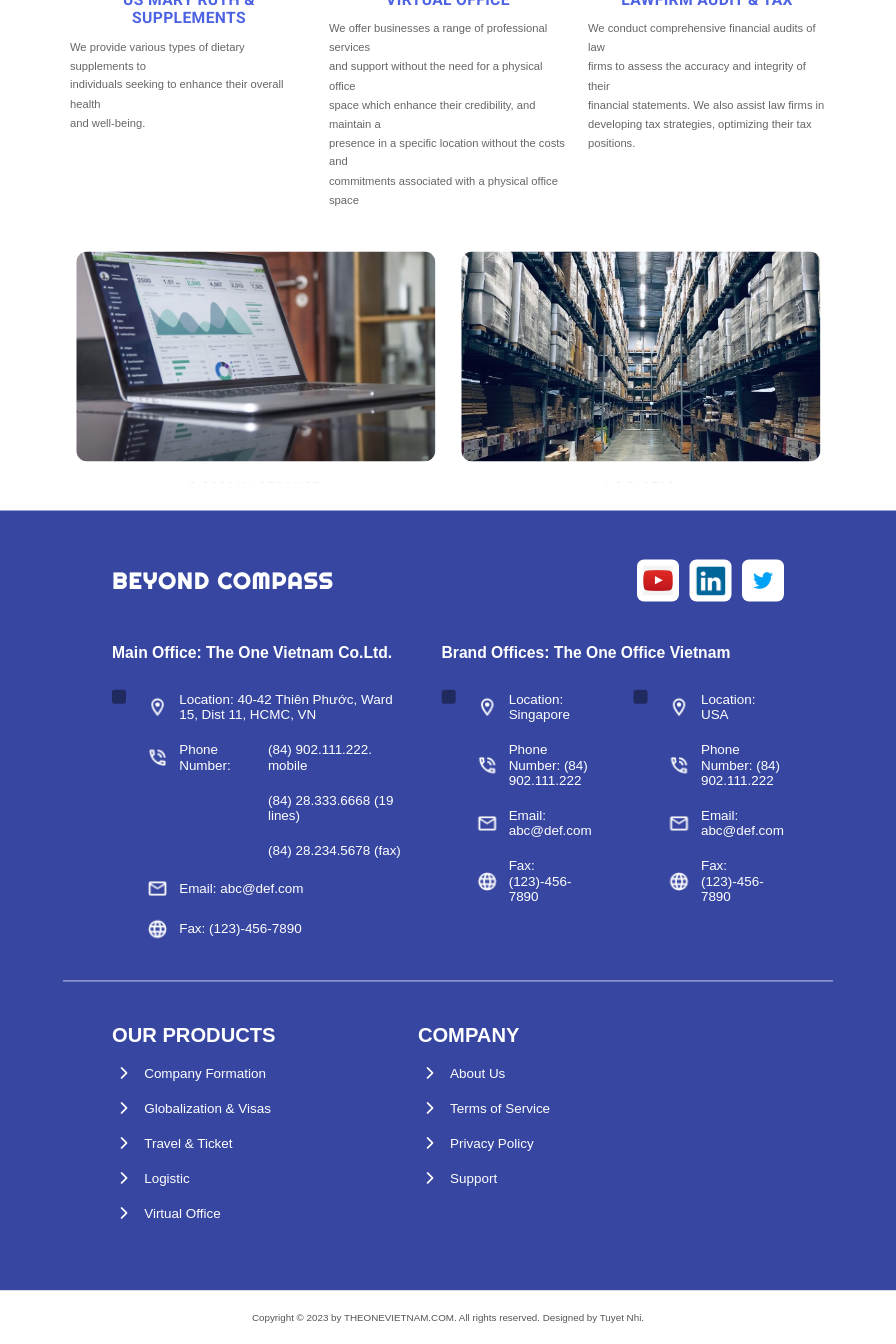
Repository: trunghau06/baitapRn
Page: pages/product.html
The author's editor kept a copy of each file at every save. The page is drawn from the files as they stood at one save, then again after a run of saves.
The browser window is 1280 px wide. The pictures show the part of the page from y = 1596 to 3516 px (the page is 3516 px tall before and 3472 px after), at 70% of full size.

Above is the page before, as saved 2025-10-09 22:34:34.

### pages/product.html
<!DOCTYPE html>
<html lang="en">
<head>
    <meta charset="UTF-8">
    <meta name="viewport" content="width=device-width, initial-scale=1.0">
    <title>Our products</title>
    <link rel="stylesheet" href="../style/product.css?v=1">
    <link rel="stylesheet" href="https://cdnjs.cloudflare.com/ajax/libs/font-awesome/6.5.1/css/all.min.css">
    <link href="https://fonts.googleapis.com/css2?family=Roboto:wght@400;700&display=swap" rel="stylesheet">
</head>
<body>
    <!-- Thanh Header -->
    <header>
        <div class="header-Page">
            <!-- Logo -->
            <div class="logo">BEYOND COMPASS</div>

            <!-- Navigation Menu -->
            <nav>
                <ul>
                    <li><a href="../index.html"                 >HOME        </a></li>
                    <li><a href="about.html"                 >ABOUT US    </a></li>
                    <li><a href="product.html" class="active">OUR PRODUCTS</a></li>
                    <li><a href="news.html"                  >NEWS        </a></li>
                    <li><a href="team.html"                  >OUR TEAM    </a></li>
                    <li><a href="contact.html"               >CONTACT     </a></li>
                    <li><a href="blogs.html"                 >BLOGS       </a></li>
                </ul>
            </nav>
        </div>
    </header>

    <div class="header-banner"></div>

    <!-- Gioi Thieu -->
    <div class="introduce-Page">
        <svg class="hexagon-small-double" viewBox="0 0 100 115" xmlns="http://www.w3.org/2000/svg">
            <polygon points="50 10, 85 30, 85 70, 50 90, 15 70, 15 30"
                    fill="#C8CFF6"
                    stroke="none"/>
            <polygon points="50 -2, 97 20, 97 80, 50 102, 3 80, 3 20"
                    fill="none"
                    stroke="#C8CFF6"
                    stroke-width="10"/>
        </svg>

        <div class="hexagon hexagon-large"></div>

         <svg class="hexagon-outline" viewBox="0 0 100 115" xmlns="http://www.w3.org/2000/svg">
            <polygon points="50 0, 93 25, 93 75, 50 100, 7 75, 7 25"
                    fill="none"
                    stroke="#C8CFF6"
                    stroke-width="2"
                    stroke-dasharray="5, 5"/>
        </svg>

        <svg class="pentagon-outline" viewBox="0 0 100 100" xmlns="http://www.w3.org/2000/svg">
            <defs>
                <linearGradient id="strokeHalfColor" x1="0%" y1="0%" x2="100%" y2="0%">
                    <stop offset="50%" style="stop-color:#FFFFFF;stop-opacity:1" />
                    <stop offset="50%" style="stop-color:#C8CFF6;stop-opacity:1" />
                </linearGradient>
            </defs>
            <polygon points="50 5, 95 40, 80 90, 20 90, 5 40"
                    fill="none"
                    stroke="url(#strokeHalfColor)"
                    stroke-width="3"
                    transform="rotate(30 50 50)"/>
        </svg>

        <svg class="pentagon-filled" viewBox="0 0 100 100" xmlns="http://www.w3.org/2000/svg">
            <polygon points="50 5, 95 40, 80 90, 20 90, 5 40"
                    fill="#C8CFF6"
                    stroke="#C8CFF6"
                    stroke-width="3"/>
        </svg>

        <h1>Our products</h1>

        <h3>Unleash the Power of Innovation!</h3>

        <p>We are proud to offer a diverse range of cutting-edge products designed to revolutionize your world.</p>
    </div>

    <div class="box-section">
        <!-- box 1 -->
        <div class="box">
            <img src="../Images/image_box_1.jpg" alt="">

            <div class="content-box">
                <h3>COMPANY FORMATION</h3>

                <p>
                    We aim to simplify and streamline the complex legal<br>
                    and administrative procedures involved in company<br>
                    formation, helping clients navigate the requirements<br>
                    and ensure compliance with relevant regulations.</p>
            </div>
        </div>

        <!-- box 2 -->
        <div class="box">
            <img src="../Images/image_box_2.jpg" alt="">

            <div class="content-box">
                <h3>GLOBAL IMMIGRATION & VISAS</h3>

                <p>
                    We assist people who want to travel, work, study, or<br>
                    live in another country by offering comprehensive<br>
                    assistance throughout the immigration and visa<br>
                    application process.</p>
            </div>
        </div>

        <!-- box 3 -->
        <div class="box">
            <img src="../Images/image_box_3.jpg" alt="">

            <div class="content-box">
                <h3>TRAVEL AND TICKETS</h3>

                <p>
                    We provide personalized consultations to assess<br>
                    clients' immigration goals, evaluate eligibility for <br>
                    various immigration programs, and develop a<br>
                    strategic immigration plan.</p>
            </div>
        </div>

        <!-- box 4 -->
        <div class="box">
            <img src="../Images/image_box_4.jpg" alt="">

            <div class="content-box">
                <h3>US MARY RUTH & SUPPLEMENTS</h3>

                <p>
                    We provide various types of dietary supplements to<br>
                    individuals seeking to enhance their overall health<br>
                    and well-being.
            </div>
        </div>

        <!-- box 5 -->
        <div class="box">
            <img src="../Images/image_box_5.jpg" alt="">

            <div class="content-box">
                <h3>VIRTUAL OFFICE</h3>

                <p>
                    We offer businesses a range of professional services<br>
                    and support without the need for a physical office<br>
                    space which enhance their credibility, and maintain a<br>
                    presence in a specific location without the costs and<br>
                    commitments associated with a physical office<br>
                    space
                </p>
            </div>
        </div>

        <!-- box 6 -->
        <div class="box">
            <img src="../Images/image_box_6.jpg" alt="">

            <div class="content-box">
                <h3>LAWFIRM AUDIT & TAX</h3>

                <p>
                    We conduct comprehensive financial audits of law <br>
                    firms to assess the accuracy and integrity of their<br>
                    financial statements. We also assist law firms in <br>
                    developing tax strategies, optimizing their tax<br>
                    positions.
                </p>
            </div>
        </div>

        <!-- box 7 -->
        <div class="box">
            <img src="../Images/image_box_7.jpg" alt="">

            <div class="content-box">
                <h3>DOMAIN SERVICE</h3>

                <p>
                    We help users search for and register available domain names based on their<br>
                    preferences and the availability of the desired domain extension.
                </p>
            </div>
        </div>

        <!-- box 8 -->
        <div class="box">
            <img src="../Images/image_box_8.jpg" alt="">

            <div class="content-box">
                <h3>LOGISTIC</h3>

                <p>
                    We offer the management and coordination of various activities related to the <br>
                    movement, storage, and handling of goods and resources throughout the supply <br>
                    chain.
                </p>
            </div>
        </div>
    </div>

    <!-- Footer -->
    <div class="footer">
        <!-- Header -->
        <div class="header-Footer">
            <h2>BEYOND COMPASS</h2>
            <div class="social-icons">
                <button><img src="../Images/youtube.png" alt="YouTube"></button>
                <button><img src="../Images/logo_linkedin.png" alt="LinkedIn"></button>
                <button><img src="../Images/image.png" alt="Twitter"></button>
            </div>
        </div>

        <!-- Offices -->
        <div class="offices">
            <!-- Main Office -->
            <div class="office">
                <h3>Main Office: The One Vietnam Co.Ltd.</h3>
                <div class="office-info">
                    <span class="square"></span>

                    <div class="content-info">
                        <p><img src="../Images/ic_map.png" alt="">Location: 40-42 Thiên Phước, Ward 15, Dist 11, HCMC, VN</p>

                        <div class="phone-group">
                            <p><img src="../Images/ic_phone.png" alt="">Phone Number: </p>

                            <div class="phone">
                                <p>(84) 902.111.222. mobile</p>
                                <p>(84) 28.333.6668 (19 lines)</p>
                                <p>(84) 28.234.5678 (fax)</p>
                            </div>
                        </div>

                        <p><img src="../Images/ic_email.png" alt="">Email: abc@def.com</p>
                        <p><img src="../Images/ic_global.png" alt="">Fax: (123)-456-7890</p>
                    </div>
                </div>
            </div>

            <!-- Brand Offices -->
            <div class="office">
                <h3>Brand Offices: The One Office Vietnam</h3>
                <div class="brand-offices">
                    <div class="office-info">
                        <span class="square"></span>

                        <div class="content-info">
                            <p><img src="../Images/ic_map.png" alt="Location">Location: Singapore</p>
                            <p><img src="../Images/ic_phone.png" alt="Phone">Phone Number: (84) 902.111.222</p>
                            <p><img src="../Images/ic_email.png" alt="Email">Email: abc@def.com</p>
                            <p><img src="../Images/ic_global.png" alt="Fax">Fax: (123)-456-7890</p>
                        </div>
                    </div>

                    <div class="office-info">
                        <span class="square"></span>

                        <div class="content-info">
                            <p><img src="../Images/ic_map.png" alt="">Location: USA</p>
                            <p></span><img src="../Images/ic_phone.png" alt="">Phone Number: (84) 902.111.222</p>
                            <p></span><img src="../Images/ic_email.png" alt="">Email: abc@def.com</p>
                            <p></span><img src="../Images/ic_global.png" alt="">Fax: (123)-456-7890</p>
                        </div>
                    </div>
                </div>
            </div>
        </div>

        <div class="line"></div>

        <div class="footer-links">
            <div class="link-column">
            <h4>OUR PRODUCTS</h4>
            <ul>
                <li><i class="fas fa-chevron-right"></i> Company Formation</li>
                <li><i class="fas fa-chevron-right"></i> Globalization & Visas</li>
                <li><i class="fas fa-chevron-right"></i> Travel & Ticket</li>
                <li><i class="fas fa-chevron-right"></i> Logistic</li>
                <li><i class="fas fa-chevron-right"></i> Virtual Office</li>
            </ul>
            </div>

            <div class="link-column">
            <h4>COMPANY</h4>
            <ul>
                <li><i class="fas fa-chevron-right"></i> About Us</li>
                <li><i class="fas fa-chevron-right"></i> Terms of Service</li>
                <li><i class="fas fa-chevron-right"></i> Privacy Policy</li>
                <li><i class="fas fa-chevron-right"></i> Support</li>
            </ul>
            </div>
        </div>

        <footer class="footer-bottom">
            <p>Copyright © 2023 by THEONEVIETNAM.COM. All rights reserved. Designed by Tuyet Nhi.</p>
        </footer>
    </div>
</body>
</html>

### style/product.css
@import url('https://fonts.googleapis.com/css2?family=Righteous&display=swap');

* {
    margin: 0;
    padding: 0;
    box-sizing: border-box;
}

body {
    font-family: Arial, sans-serif;
}

/* Header */
.header-Page {
    position: fixed;
    top: 0;
    left: 0;
    width: 100%;
    margin: 0 auto;
    padding: 0 60px;
    display: flex;
    justify-content: space-between;
    align-items: center;
    height: 100px;
    background-color: white;
    z-index: 1000;
}


/* Logo */
.logo {
    font-family: 'Righteous', Arial, sans-serif;
    color: #2A367C;
    font-size: 2em;
    font-weight: 400;
    padding-left: 60px;
}

/* Menu */
nav ul {
    list-style: none;
    display: flex;
    gap: 30px;
    padding-right: 60px;
}

nav ul li a {
    text-decoration: none;
    color: #666666;
    font-size: 1.2em;
    font-weight: 700;
    padding-bottom: 28px;
    font-family: 'Roboto', Arial, sans-serif;
    position: relative;
}

nav ul li a::after {
    content: '';
    position: absolute;
    bottom: 0;
    left: -10px;
    right: -10px;
    height: 4px;
}

nav ul li a:hover,
nav ul li a.active {
    color: #3746A0;
}

nav ul li a:hover::after,
nav ul li a.active::after {
    background-color: #3746A0;
}

/* Banner */
.header-banner {
    margin-top: 100px;
    width: 100%;
    height: 200px;
    background-image: url('../Images/anhHeader_3.png');
    background-size: cover;
    background-position: center;
}

.introduce-Page {
    position: relative;
    background: linear-gradient(to right, #EBEDEE, #FDFBFB);
    display: flex;
    flex-direction: column;
    justify-items: center;
    align-items: center;
    padding: 30px 20px;
    overflow: hidden;
}

.introduce-Page h1 {
    font-family: 'Roboto', Arial, sans-serif;
    color: #2A367C;
    font-size: 3.4em;
    font-weight: 700;
    margin-bottom: 20px;
    z-index: 2;
}

.introduce-Page h3 {
    font-family: 'Roboto', Arial, sans-serif;
    font-size: 2em;
    color: #666666;
    line-height: 1.4;
    margin-bottom: 20px;
    font-weight: bold;
}

.introduce-Page p {
    color: #666666;
    font-family: 'Roboto', Arial, sans-serif;
    line-height: 1.6;
    margin-bottom: 15px;
    font-size: 1.2em;
}

.hexagon {
    position: absolute;
    background-color: #C8CFF6;
    clip-path: polygon(
        50% 0%, 93% 25%, 93% 75%, 50% 100%, 7% 75%, 7% 25%
    );
    box-shadow:
        0 0 0 8px white,
        0 0 0 10px #8B9FD9;
}

/* Hình lục giác nhỏ với 2 lớp viền */
.hexagon-small-double {
    position: absolute;
    width: 90px;
    height: 140px;
    top: 72%;
    left: 20px;
    z-index: 2;
}

/* Hình lục giác lớn */
.hexagon-large {
    width: 80px;
    height: 80px;
    bottom: 10px;
    right: 5%;
}

/* Hình lục giác chỉ viền nét đứt */
.hexagon-outline {
    position: absolute;
    width: 280px;
    height: 280px;
    top: 15%;
    right: 80px;
    transform: translateY(-50%);
}

/* Hình ngũ giác 5 góc nghiêng phải */
.pentagon-outline {
    position: absolute;
    width: 80px;
    height: 80px;
    top: 25%;
    left: 40%;
    transform: translate(-50%, -50%);
    z-index: 1;
}

/* Hình ngũ giác có ruột màu xanh */
.pentagon-filled {
   position: absolute;
    width: 80px;
    height: 80px;
    top: 25%;
    left: 38%;
    transform: translate(-50%, -50%);
    z-index: 0;
}

/* Cac box */
.box-section {
    display: flex;
    flex-wrap: wrap;
    gap: 10px;
    width: 100%;
    padding: 40px 40px;
    justify-content: center;
    align-items: stretch;
}

.box {
    width: 30%;
    border-radius: 15px;
    overflow: hidden;
    display: flex;
    flex-direction: column;
    justify-items: center;
    align-items: center;
    padding: 20px 0;
}

.box img {
    width: 95%;
    height: 300px;
    object-fit: cover;
    border-radius: 16px;
}

.box-section .box:last-child,
.box-section .box:nth-last-child(2) {
    height: 350px;
}

.content-box {
    padding: 10px;
    text-align: center;
    flex-grow: 1;
}

.content-box h3 {
    font-family: 'Roboto', Arial, sans-serif;
    color: #4D63E2;
    font-size: 1.4em;
    font-weight: 700;
    margin: 15px 0 15px 0;
    letter-spacing: 0.5px;
}

.content-box p {
    color: #666666;
    font-size: 1em;
    line-height: 1.7;
    text-align: left;
}

.box:nth-child(7),
.box:nth-child(8) {
    width: 45%;
}

/* Footer */
.footer {
  display: flex;
  flex-direction: column;
  background-color: #3746A0;
}

.header-Footer {
    display: flex;
    justify-content: space-between;
    align-items: center;
    padding: 20px 160px;
    margin-top: 50px;
}

.header-Footer h2 {
    font-size: 2em;
    font-weight: bold;
    letter-spacing: 2px;
    font-family: 'Righteous', Arial, sans-serif;
    color: #FFFFFF;
}

.social-icons {
    display: flex;
    gap: 15px;
}

.social-icons button {
    background: #FFFFFF;
    border: none;
    cursor: pointer;
    width: 60px;
    height: 60px;
    border-radius: 10px;
    display: flex;
    align-items: center;
    justify-content: center;
}

.social-icons button img {
    width: 70%;
    height: 70%;
    object-fit: contain;
}

.offices {
    padding: 10px 160px;
    display: grid;
    grid-template-columns: 1fr 1fr;
    gap: 40px;
    margin-top: 30px;
}

.brand-offices {
    display: grid;
    grid-template-columns: 1fr 1fr;
    gap: 60px;
}

.office h3 {
    margin-bottom: 15px;
    font-size: 1.4em;
    color: #FFFFFF;
}

.office-info {
    position: relative;
    margin-bottom: 20px;
    display: flex;
    align-items: flex-start;
}

.office-info .square {
    position: absolute;
    left: 0;
    top: 25px;
    width: 20px;
    height: 20px;
    background: #202A5F;
    border-radius: 4px;
}

.content-info {
    padding-left: 50px;
}

.content-info p {
    margin: 28px 0;
    display: flex;
    align-items: center;
    font-size: 1.2em;
    color: #FFFFFF;
}

.phone-group {
    display: flex;
    justify-content: left;
    align-items: flex-start;
    gap: 10px;
}

.phone-group p {
    margin: 0;
    font-size: 1.2em;
    margin-bottom: 28px;
    color: #FFFFFF;
}

.phone-group .phone p:nth-of-type(3) {
    margin-bottom: 0;
}

.phone {
    display: flex;
    flex-direction: column;
    text-align: left;
}

.content-info img {
    width: 30px;
    height: 30px;
    margin-right: 16px;
    vertical-align: middle;
    filter: brightness(0) invert(1);
}

.line {
    width: 86%;
    height: 2px;
    background: rgba(255,255,255,0.5);
    margin: 0 auto 40px auto;
}

.footer-links {
  display: flex;
  justify-content: left;
  gap: 200px;
  padding: 20px 160px;
  margin-bottom: 50px;
}

.link-column h4 {
  margin-bottom: 15px;
  font-size: 1.8em;
  font-weight: bold;
  color: #FFFFFF;
  text-transform: uppercase;
}

.link-column ul {
  list-style: none;
  padding: 0 10px;
}

.link-column ul li {
  margin: 28px 0;
  font-size: 1.2em;
  display: flex;
  align-items: center;
  color: #FFFFFF;
}

.link-column ul li i {
  margin-right: 24px;
  font-size: 1em;
  color: #FFFFFF;
}

.footer-bottom {
  margin-top: auto;
  background: #fff;
  text-align: center;
  padding: 30px 0;
  font-size: 14px;
  color: #555;
  border-top: 1px solid #ddd;
}

After the next 2 saves:
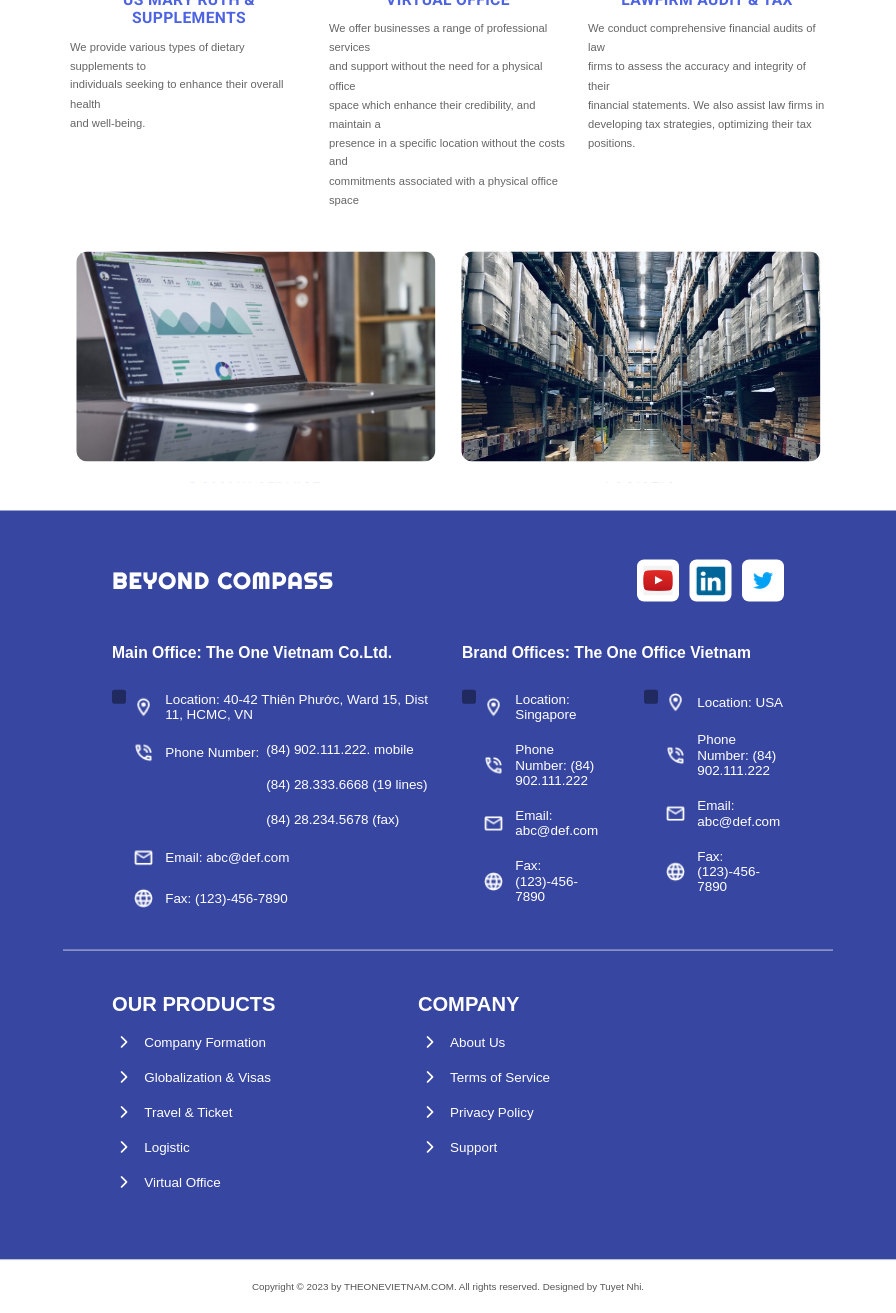
The 2 saves are shown as one change because they came seconds apart.
The last was saved 5 s later.
--- a/style/product.css
+++ b/style/product.css
@@ -326,7 +326,7 @@ nav ul li a.active::after {
 }
 
 .content-info {
-    padding-left: 50px;
+    padding-left: 30px;
 }
 
 .content-info p {
